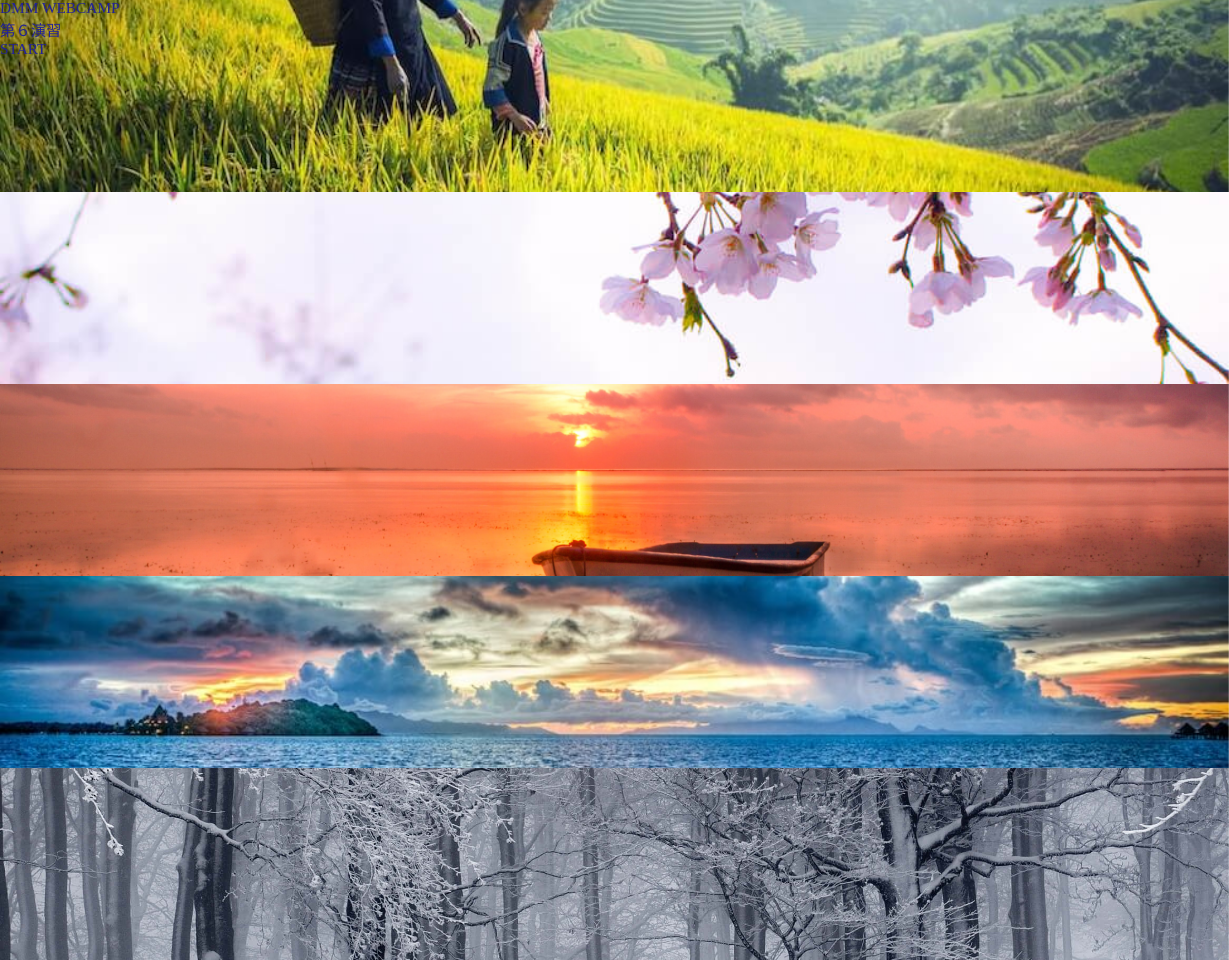
Repository: daisuketoyota/dmmwebxamp-toyota
Page: infratop/index.html
The author's editor kept a record of every edit. The page is drawn from the files as they stood at one moment, then again after the next edit.
The browser window is 1280 px wide. The pictures show the whole page, at 96% of full size.

Above is the page before.

### infratop/index.html
<!DOCTYPE html>
<html lang="jp">
    <head>
       <meta charset="UTF-8" />
       <link rel="stylesheet" href="style.css" type="text/css" />
       <title>第６演習</title>
    </head>

    <body>
        <div class="dmm">
            <p class="dmmtext">
            DMM WEBCAMP<br />
            第６演習<br />
            START
            </p>
        </div>
        <div class="asia"></div>
        <div class="asia2"></div>
        <div class="asia3"></div>
        <div class="asia4"></div>
    </body>
</html>

### infratop/style.css
* {
  margin: 0;
  padding: 0;
  box-sizing: border-box;
  color: #6c6b6b;
}

.dmm{
    height:200px;
    background-image: url(img/asia.jpg);
    background-size: cover;
    background-position: center;
}

.dmmtext{
    color: #229;
    text-align: left; /* 文字を中央揃えにする */
  　: 200px; /* 上側の内側余白で垂直方向の位置を調整 */
}

.asia{
  height: 200px;
  background-image: url(img/japan.jpg);
  background-size: cover;
  background-position: center;
}

.asia2{
    height: 200px;
  background-image: url(img/sunset.jpg);
  background-size: cover;
  background-position: center;
}

.asia3{
    height: 200px;
  background-image: url(img/mv.jpg);
  background-size: cover;
  background-position: center;
}

.asia4{
    height: 200px;
  background-image: url(img/snow.jpg);
  background-size: cover;
  background-position: center;
}

After the next edit:
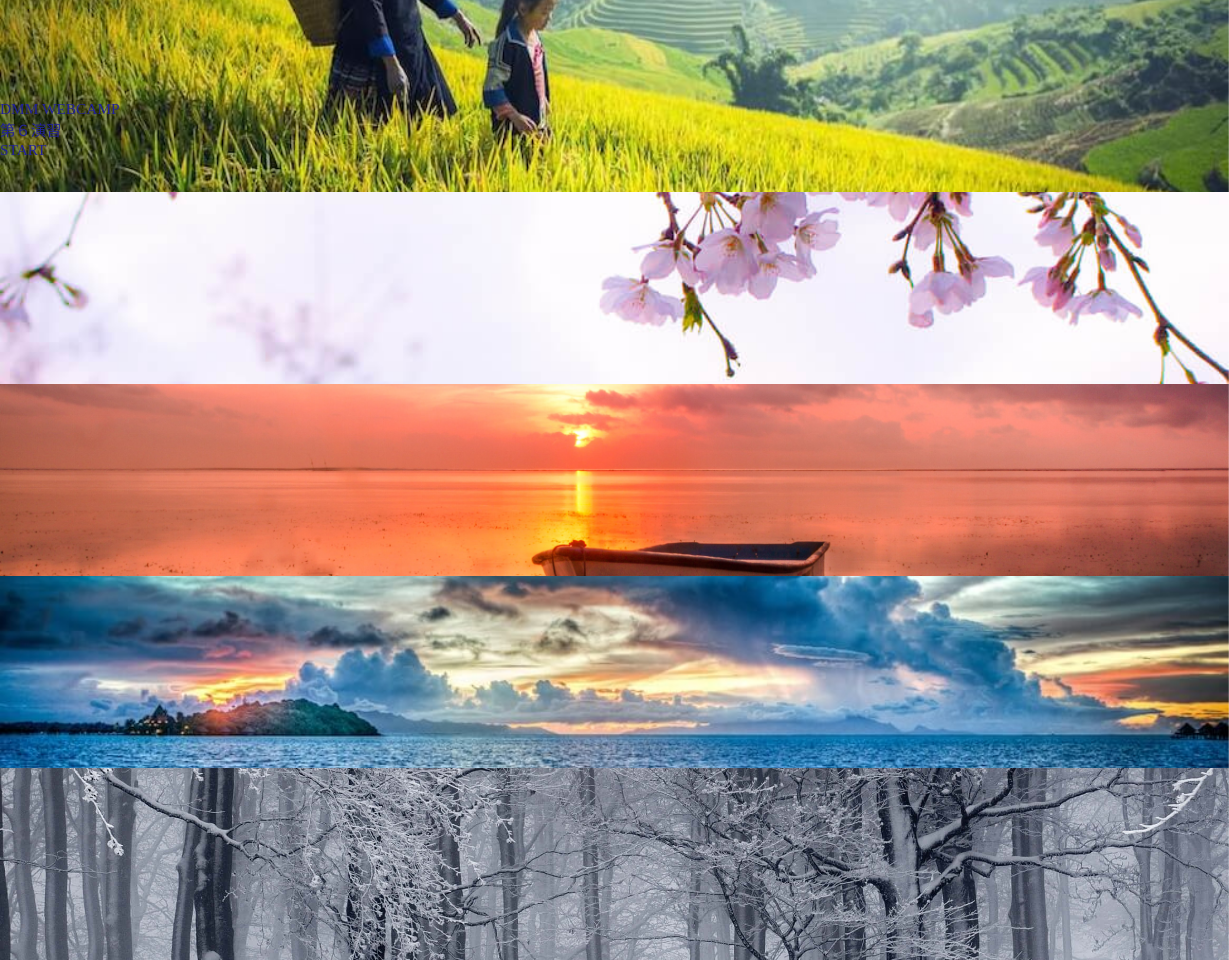
The edit:
--- a/infratop/style.css
+++ b/infratop/style.css
@@ -10,6 +10,7 @@
     background-image: url(img/asia.jpg);
     background-size: cover;
     background-position: center;
+    padding-top: 105px; /* 上側の内側余白で垂直方向の位置を調整 */
 }
 
 .dmmtext{
